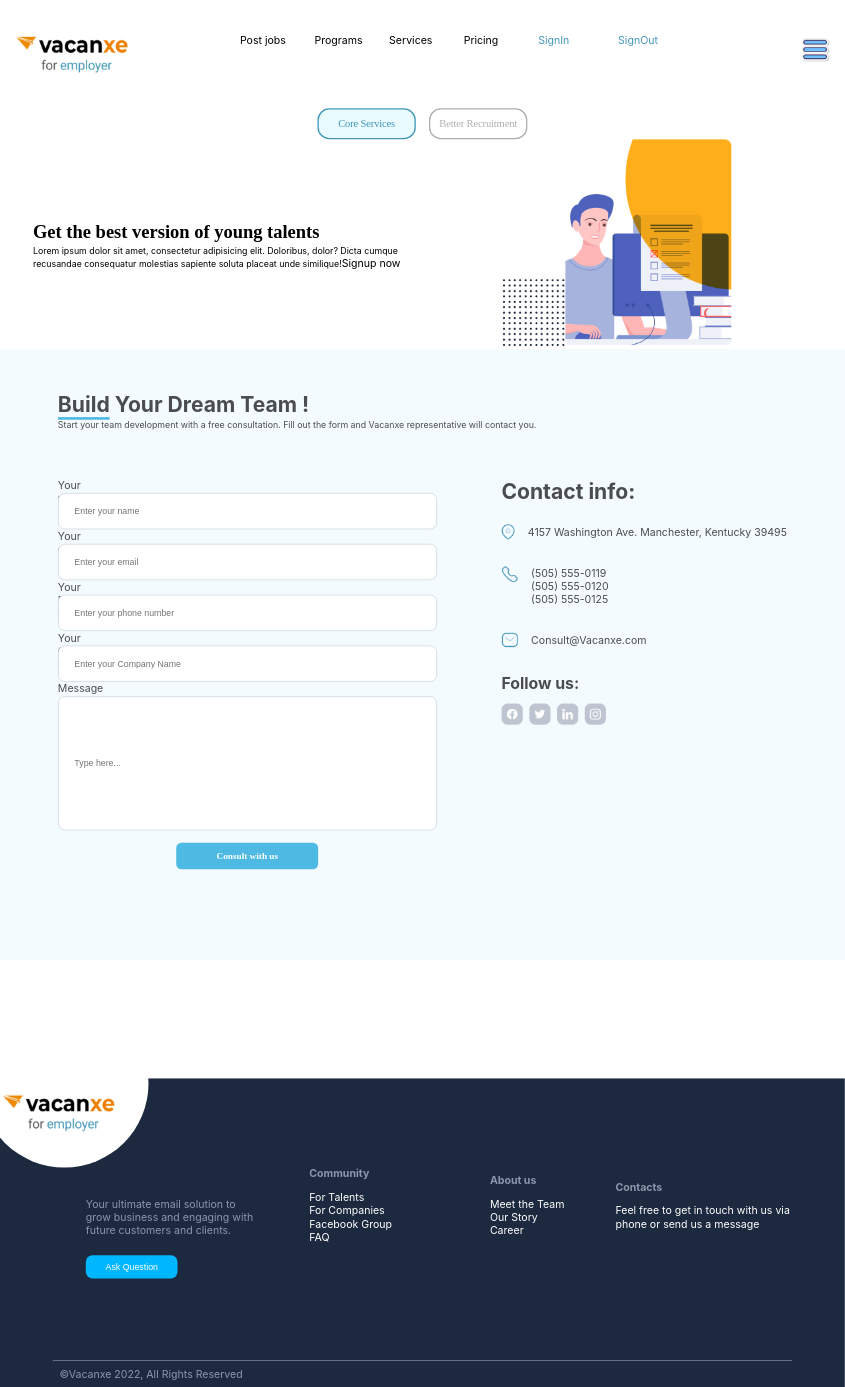
Repository: uh-sman/Vacanxe
Page: /
The author's editor kept a copy of each file at every save. The page is drawn from the files as they stood at one save, then again after the next save.
The browser window is 1280 px wide. The pictures show the whole page, at 66% of full size.
The project was rebuilt for these pictures with package versions that can differ from the ones it lists, and the page was loaded fresh each time.

Above is the page before, as saved 2022-12-03 16:43:12.

### src/App.js
import logo from "./logo.svg";
import "./App.css";
import Head from "./components/Head";

function App() {
  return (
    <div className="App">
      <Head />
    </div>
  );
}

export default App;

### src/App.css
* {
  margin: 0;
  padding: 0;
  box-sizing: border-box;
  list-style: none;
  text-decoration: none;
}
/* @keyframes App-logo-spin {
  from {
    transform: rotate(0deg);
  }
  to {
    transform: rotate(360deg);
  }
} */

### src/components/Head.js
import React from "react";
import { Body } from "./Body";
import { Footer } from "./Footer";
import { Navbar } from "./Navbar";
import { Team } from "./Team";

const Head = () => {
  return (
    <div>
      <Navbar />
      <Body />
      <Team />
      <Footer />
    </div>
  );
};

export default Head;

### src/components/Body.jsx
import React from "react";
import { Services } from "./Services";
import { Versions } from "./Versions";
export const Body = () => {
  return (
    <div>
      <Services />
      <Versions />
    </div>
  );
};

### src/components/Footer.jsx
import React from "react";
import logo from "../assets/logo 1.png";
import "./footer.css";
export const Footer = () => {
  return (
    <div>
      <div className="footer-section">
        <div className="image-logo">
          <img src={logo} />
        </div>
        <div className="footer-texts">
          <div className="div">
            <p className="text">
              Your ultimate email solution to grow business and engaging with
              future customers and clients.
            </p>
            <button className="button">Ask Question</button>
          </div>
          <div className="div">
            <ul>
              <h4>Community</h4>
              <li>For Talents</li>
              <li>For Companies</li>
              <li>Facebook Group</li>
              <li>FAQ</li>
            </ul>
          </div>
          <div className="div">
            <ul>
              <h4>About us</h4>
              <li>Meet the Team</li>
              <li>Our Story</li>
              <li>Career</li>
            </ul>
          </div>
          <div className="div">
            <ul>
              <h4>Contacts</h4>
              <p>
                Feel free to get in touch with us via phone or send us a message
              </p>
            </ul>
          </div>
        </div>
        <div className="div">
          <ul>
            <li className="copyright">
              &copy;Vacanxe 2022, All Rights Reserved
            </li>
            <li></li>
          </ul>
        </div>
      </div>
    </div>
  );
};

### src/components/Navbar.jsx
import React from "react";
import logo from "../assets/logo 1.png";
import { data } from "./data";
import { signin } from "./data";
import "./navbar.css";
import { SideNav } from "./SideNav";
export const Navbar = () => {
  return (
    <div>
      <nav>
        <div className="navbar-container">
          <div>
            <img src={logo} />
          </div>
          <div className="navbar-nav">
            <div className="nav-list">
              {data.map(({ id, title }) => {
                return (
                  <ul key={id}>
                    <li>{title}</li>
                  </ul>
                );
              })}
            </div>
            <div className="link">
              {signin.map(({ id, title }) => {
                return (
                  <a href="" key={id}>
                    {title}
                  </a>
                );
              })}
            </div>
          </div>
          <SideNav />
        </div>
        <div></div>
      </nav>
    </div>
  );
};

### src/components/Team.jsx
import React from "react";
import { ContactInfo } from "./ContactInfo";
import { Form } from "./Form";
import "./team.css";
export const Team = () => {
  return (
    <div>
      <div className="team-container">
        <div className="team">
          <div className="build">
            <div className="team-header">
              <h1>
                <span className="custom"> Build</span> Your Dream Team !
              </h1>
              <small className="small">
                Start your team development with a free consultation. Fill out
                the form and Vacanxe representative will contact you.
              </small>
            </div>
            <div className="flexed">
              {" "}
              <div>
                <Form />
              </div>
              <div>
                <ContactInfo />
              </div>
            </div>
          </div>
        </div>
      </div>
    </div>
  );
};
// ;

### src/components/Services.jsx
import React from "react";
import "./services.css";
export const Services = () => {
  return (
    <div>
      <div>
        <ul className="services-button-section">
          <a className="btn-core">Core Services</a>
          <a className="btn-better">Better Recruitment</a>
        </ul>
      </div>
    </div>
  );
};

### src/components/Versions.jsx
import React from "react";
import "./version.css";
import man from "../assets/computer.png";
import dotted from "../assets/Dot Pattern 1.png";
export const Versions = () => {
  return (
    <div>
      <div className="versions-container">
        <div className="versions-section">
          <div>
            <h2 className="h2">Get the best version of young talents</h2>
            <small>
              Lorem ipsum dolor sit amet, consectetur adipisicing elit.
              Doloribus, dolor? Dicta cumque recusandae consequatur molestias
              sapiente soluta placeat unde similique!
            </small>
            <a className="version-link">Signup now </a>
          </div>
          <div>
            <img src={dotted} />
            <img src={man} />
          </div>
          <div></div>
          <div></div>
          <div></div>
          <div></div>
        </div>
      </div>
    </div>
  );
};

### src/components/footer.css
.footer-section {
  background: #1d293f;
  /* height: 533px; */
  /* width: 1600px; */
  /* left: 127px; */
  /* top: 0px;
  border-radius: 0px; */
}

.image-logo {
  position: absolute;
  /* top: 0; */
  margin-top: -120px;
  /* left: -2px; */
  /* display: flex;
  align-items: center;
  justify-content: center; */
  background-color: white;
  padding-top: 140px;
  padding-left: 30px;
  /* width: 25%; */
  /* height: 40%; */
  /* padding: 10px; */
  height: 255px;
  width: 255px;
  left: -30px;
  /* top: -105px; */
  border-radius: 0px;

  border-radius: 50%;
}
.button {
  border: none;
  margin-top: 28px;
  color: white;
  background: #00b6ff;
  padding: 10px 30px;
  border-radius: 10px;
}
.ultimate-email {
  color: white;
  position: absolute;
  margin-top: 180px;
  padding-left: 245px;
  /* height: 84px;
  left: 21.54%;
  right: 63.06%;
  top: calc(50% - 84px / 2 - 108.5px); */
}
.footer-texts {
  color: #ffff;
  display: grid;
  padding-top: 80px;
  padding-left: 50px;
  /* margin-left: 120px; */
  margin: 0px 80px;
  place-items: center;
  /* margin-right: 40px; */
  margin-top: 180px;
  grid-template-columns: 1fr 1fr 1fr 1fr;
  padding-bottom: 124px;
  border-bottom: 1px solid #8c97ac;
}
.footer-texts h4 {
  color: #8c97ac;
  margin-bottom: 16px;
}
/* .ultimate-email p {
  width: 40%;
} */
.text {
  margin-top: 100px;
  color: #8c97ac;
}
.copyright {
  color: #8c97ac;
  padding: 10px 90px;
}
@media only screen and (min-width: 650px) and (max-width: 1200px) {
  .footer-texts {
    padding-top: 150px;
    grid-template-columns: 1fr 1fr;
    text-align: center;
  }
  .text {
    margin-top: 0px;
  }
  .div {
    margin-bottom: 40px;
  }
}
@media only screen and (max-width: 650px) {
  .footer-texts {
    padding-left: 0px;
    padding-top: 180px;
    grid-template-columns: 1fr;
    text-align: center;
  }
  .text {
    margin-top: 0px;
  }
  .div {
    margin-bottom: 40px;
  }
}

### src/components/data.js
export const data = [
  {
    id: 1,
    title: "Post jobs",
  },
  {
    id: 2,
    title: "Programs",
  },
  {
    id: 3,
    title: "Services",
  },
  {
    id: 4,
    title: "Pricing",
  },
];

export const signin = [
  {
    id: 1,
    title: "SignIn",
  },
  {
    id: 2,
    title: "SignOut",
  },
];

### src/components/navbar.css
.navbar-container {
  display: flex;
  justify-content: space-between;
  margin: 50px 20px;
}
.nav-list {
  display: flex;
  gap: 30px;
}
.navbar-nav {
  display: flex;
  gap: 30px;
}
.nav-list ul li {
  height: 43px;
  width: 83px;
  left: 770px;
  top: 36px;
  /* border-radius: nullpx; */
}
.link {
  /* margin-right: 80px; */
  display: flex;
  gap: 10px;
}
.link a {
  color: #4196b8;
  height: 31px;
  width: 111px;
  left: 1221px;
  top: 47px;
  /* border-radius: nullpx; */
}
.burger-img {
  width: 50px;
}
@media only screen and (max-width: 1200px) {
  .navbar-nav {
    display: none;
  }
  .sidebar-container {
    /* display: inline-block; */
    /* margin: 0 0.5rem; */
    /* animation: slideInRight 2s; */
    /* animation-duration: 2s; */
    border-top-left-radius: 10px;
    border-bottom-left-radius: 10px;
    height: 100%;
    width: 60%;
    top: 0px;
    right: 0px;
    background-color: #222222;
    position: fixed;
  }
}

### src/components/SideNav.jsx
import React, { useState } from "react";
import "./navbar.css";
import burger from "../assets/burger-menu.png";
import { data } from "./data";
export const SideNav = () => {
  const [open, setOpen] = useState(false);
  return (
    <div>
      {open ? (
        data.map(({ title, id }) => {
          return (
            <div key={id} className="sidebar-container">
              <ul>
                {/* <h1></h1> */}
                <li>{title}</li>
              </ul>
            </div>
          );
        })
      ) : (
        <img
          src={burger}
          className="burger-img"
          onClick={(e) => setOpen(!open)}
        />
      )}
    </div>
  );
};

### src/components/ContactInfo.jsx
import React from "react";
import "./contact.css";
import location from "../assets/Location.png";
import message from "../assets/Message.png";
import twitter from "../assets/twitter.png";
import facebook from "../assets/facebook.png";
import instagram from "../assets/instagram.png";
import linkedin from "../assets/linkedin.png";
import stroke from "../assets/Stroke 5.png";
export const ContactInfo = () => {
  return (
    <div>
      <div className="contact-container">
        <h1 className="header-text">Contact info:</h1>
        <div className="contact-section">
          <div>
            <p className="contact">
              <img src={location} /> 4157 Washington Ave. Manchester, Kentucky
              39495
            </p>
          </div>
          <div>
            <ul className="contact-list">
              <div>
                <img src={stroke} />
              </div>
              <div>
                <li>(505) 555-0119</li>
                <li>(505) 555-0120</li>
                <li>(505) 555-0125</li>
              </div>
            </ul>
          </div>
          <div>
            <p className="contact">
              <img src={message} /> Consult@Vacanxe.com
            </p>
          </div>
          <div>
            <h2>Follow us:</h2>
            <div className="socials">
              <img src={facebook} />
              <img src={twitter} />
              <img src={linkedin} />
              <img src={instagram} />
            </div>
          </div>
        </div>
      </div>
    </div>
  );
};

### src/components/Form.jsx
import React from "react";
import { ContactInfo } from "./ContactInfo";
import "./form.css";
export const Form = () => {
  return (
    <div>
      <div className="team-section">
        <div>
          <form className="form-container">
            <div className="form">
              <label>Your name</label>
              <input className="input-field" placeholder="Enter your name" />
            </div>
            <div className="form">
              <label>Your email</label>
              <input className="input-field" placeholder="Enter your email" />
            </div>
            <div className="form">
              <label>Your Phone Number</label>
              <input
                className="input-field"
                placeholder="Enter your phone number"
              />
            </div>
            <div className="form">
              <label>Your Company Name</label>
              <input
                className="input-field"
                placeholder="Enter your Company Name"
              />
            </div>
            <div className="form">
              <label>Message</label>
              <input className="message" placeholder="Type here..." />
            </div>
            <button className="form-button">Consult with us</button>
          </form>
        </div>
      </div>
    </div>
  );
};

### src/components/team.css
.team-container {
  background: #f4fbff;
  /* height: 1101px; */
  /* width: 1539px; */
  /* left: -14px;
top: 2142px; */
  border-radius: 0px;
}
.custom {
  border-bottom: 4px solid #4eb9e3;
}
.build {
  color: #4b4c4e;
}
.flexed {
  margin: 73px 0px;
  display: flex;
  gap: 98px;
}
.team {
  display: flex;
  justify-content: center;
  padding: 64px 0px;
}
/* .small {
  padding-bottom: 73px;
} */
@media only screen and (max-width: 950px) {
  .flexed {
    flex-direction: column;
  }
  .team-header {
    text-align: center;
  }
}

### src/components/services.css
.services-button-section {
  display: flex;
  gap: 20px;
  justify-content: center;
}
.btn-core {
  font-family: Poppins;
  font-size: 16px;
  font-weight: 500;
  line-height: 24px;
  letter-spacing: -0.015em;
  text-align: center;
  border: 2px solid #4196b8;
  height: 47px;
  width: 149px;
  display: flex;
  align-items: center;
  justify-content: center;
  border-radius: 18px;
  background-color: #e9fbff;
  color: #4196b8;
}
.btn-better {
  font-family: Poppins;
  font-size: 16px;
  font-weight: 500;
  line-height: 24px;
  letter-spacing: -0.015em;
  text-align: center;
  border: 2px solid #afafaf;
  height: 47px;
  width: 149px;
  display: flex;
  align-items: center;
  justify-content: center;
  border-radius: 18px;
  background-color: #ededed 10%;
  color: #afafaf;
}

### src/components/version.css
.version-link {
}
.versions-section {
  display: grid;
  place-items: center;
  padding: 0px 50px;

  grid-template-columns: 1fr 1fr;
}
.h2 {
  font-family: Poppins;
  font-size: 28px;
  font-weight: 700;
  line-height: 37px;
  letter-spacing: 0em;
  /* text-align: left; */
  /* width: 379px;
  height: 74px; */

  /* font-family: "Poppins";
  font-style: normal;
  font-weight: 700;
  font-size: 28px;
  line-height: 37px; */
}
/* .versions-container {
  display: flex;
  flex-direction: column;
  justify-content: center;
  align-items: center;
  margin: auto;
} */
.man {
  position: absolute;
  width: 251.42px;
  height: 313.5px;
  /* left: 872.58px;
top: 830.17px; */
}

### src/components/contact.css
.header-text {
  /* height: 28px;
  width: 132px;
  left: 931px;
  top: 2435px;
  border-radius: nullpx; */
}
.contact {
  display: flex;
  align-items: center;
  gap: 20px;
}
.contact-section {
  display: flex;
  flex-direction: column;
  gap: 40px;
  margin: 30px 0px;
}
.contact-list {
  display: flex;
  gap: 20px;
}
.socials {
  margin-top: 16px;
  display: flex;
  gap: 10px;
}
@media only screen and (max-width: 750px) {
  .contact-container {
    padding: 0px 30px;
  }
}

### src/components/form.css
.form {
  display: flex;
  flex-direction: column;
}
.form label {
  height: 22px;
  width: 78px;
  left: 263px;
  top: 2409px;
  border-radius: nullpx;
}
.input-field {
  padding: 0px 24px;
  height: 55px;
  width: 574px;
  left: 259px;
  top: 2536px;
  border-radius: 10px;
  border: 1px solid #c8d0da;
  outline: transparent;
}
.message {
  padding: 0px 24px;
  height: 203px;
  width: 574px;
  left: 259px;
  /* top: 2839px; */
  border: 1px solid #c8d0da;
  border-radius: 10px;
  outline: transparent;
}
.form-button {
  font-family: Rubik;
  font-size: 14px;
  font-weight: 700;
  line-height: 16px;
  /* letter-spacing: 0em; */
  /* text-align: left; */

  margin-top: 19px;
  border: none;
  color: white;
  background-color: #4eb9e3;
  height: 40px;
  width: 215px;
  left: 257px;
  top: 3061px;
  border-radius: 8px;
  padding: 12px 24px 12px 24px;
}
.form-container {
  display: flex;
  flex-direction: column;
  align-items: center;
  justify-content: center;
}
/* .team-section {
  display: flex;
  justify-content: center;
  align-items: center;
} */

@media only screen and (min-width: 200px) and (max-width: 600px) {
  .input-field {
    width: 350px;
  }
  .message {
    width: 350px;
  }
}

Loaded but not shown: public/index.html (common file); src/index.js (common file); src/index.css (common file); src/reportWebVitals.js (common file)

After the next save:
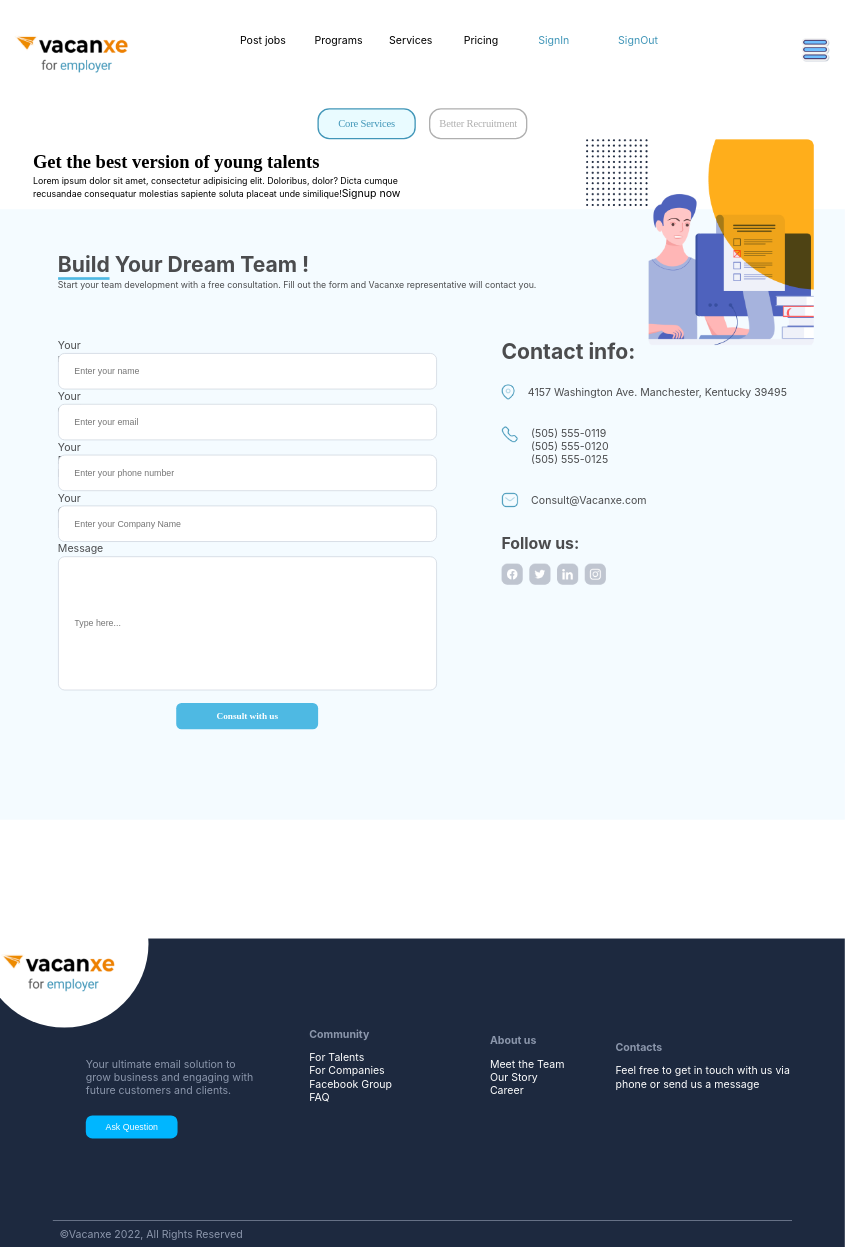
Saved 18 s later.
--- a/src/components/Versions.jsx
+++ b/src/components/Versions.jsx
@@ -18,7 +18,7 @@ export const Versions = () => {
           </div>
           <div>
             <img src={dotted} />
-            <img src={man} />
+            <img src={man} className="man" />
           </div>
           <div></div>
           <div></div>

After the save that followed:
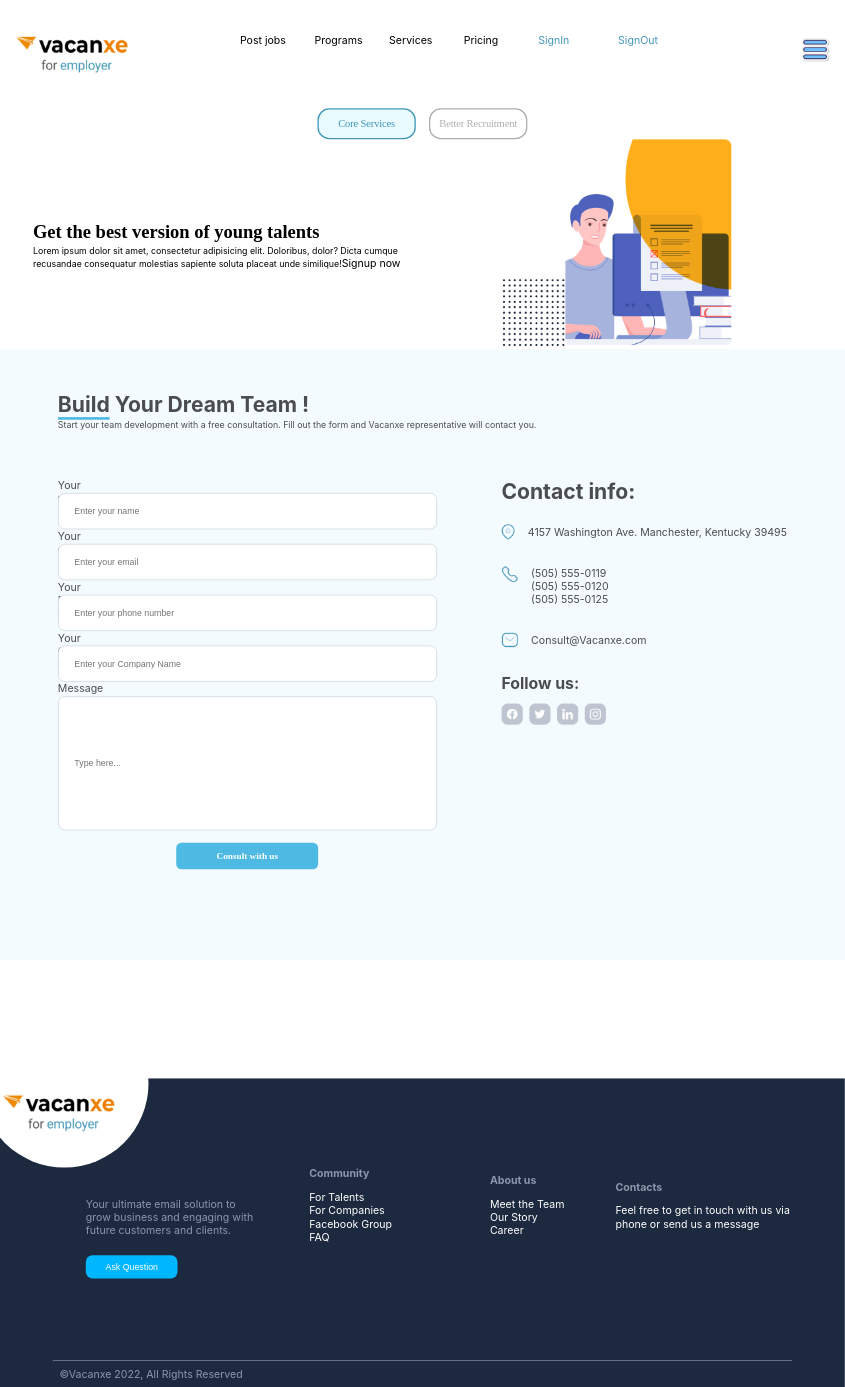
Saved 35 s later.
--- a/src/components/version.css
+++ b/src/components/version.css
@@ -30,10 +30,3 @@
   align-items: center;
   margin: auto;
 } */
-.man {
-  position: absolute;
-  width: 251.42px;
-  height: 313.5px;
-  /* left: 872.58px;
-top: 830.17px; */
-}
